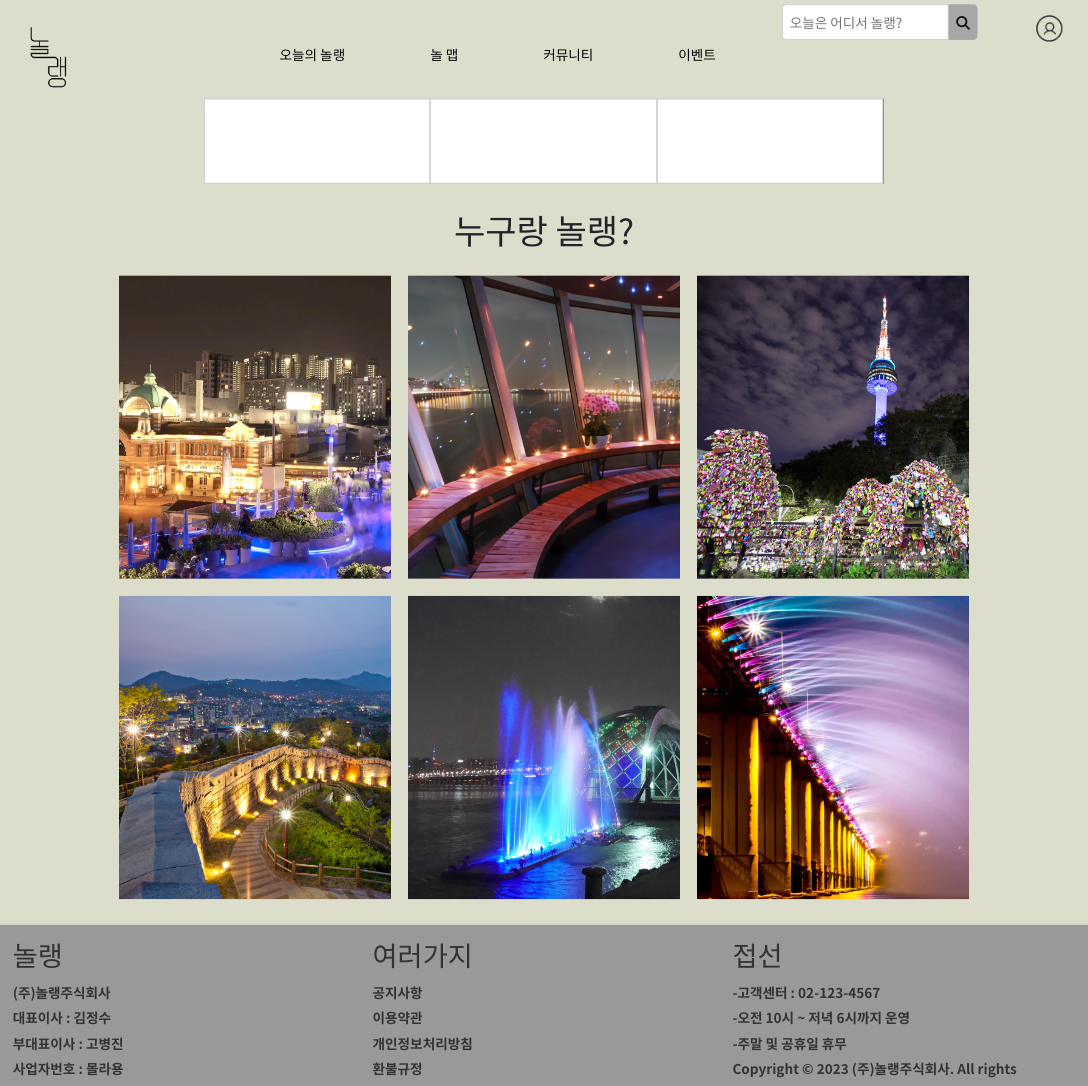
Repository: rrqrw/-
Page: http://localhost/noll_project/who/who2.jsp
The author's editor kept a copy of each file at every save. The page is drawn from the files as they stood at one save, then again after the next save.
The browser window is 1280 px wide. The pictures show the whole page, at 85% of full size.
Some web fonts or font styles are not loaded; a fallback is used. Some web libraries are served in a nearby version. The page is served by Tomcat 9.

Above is the page before, as saved 2023-12-12 12:20:52.

After the next save:
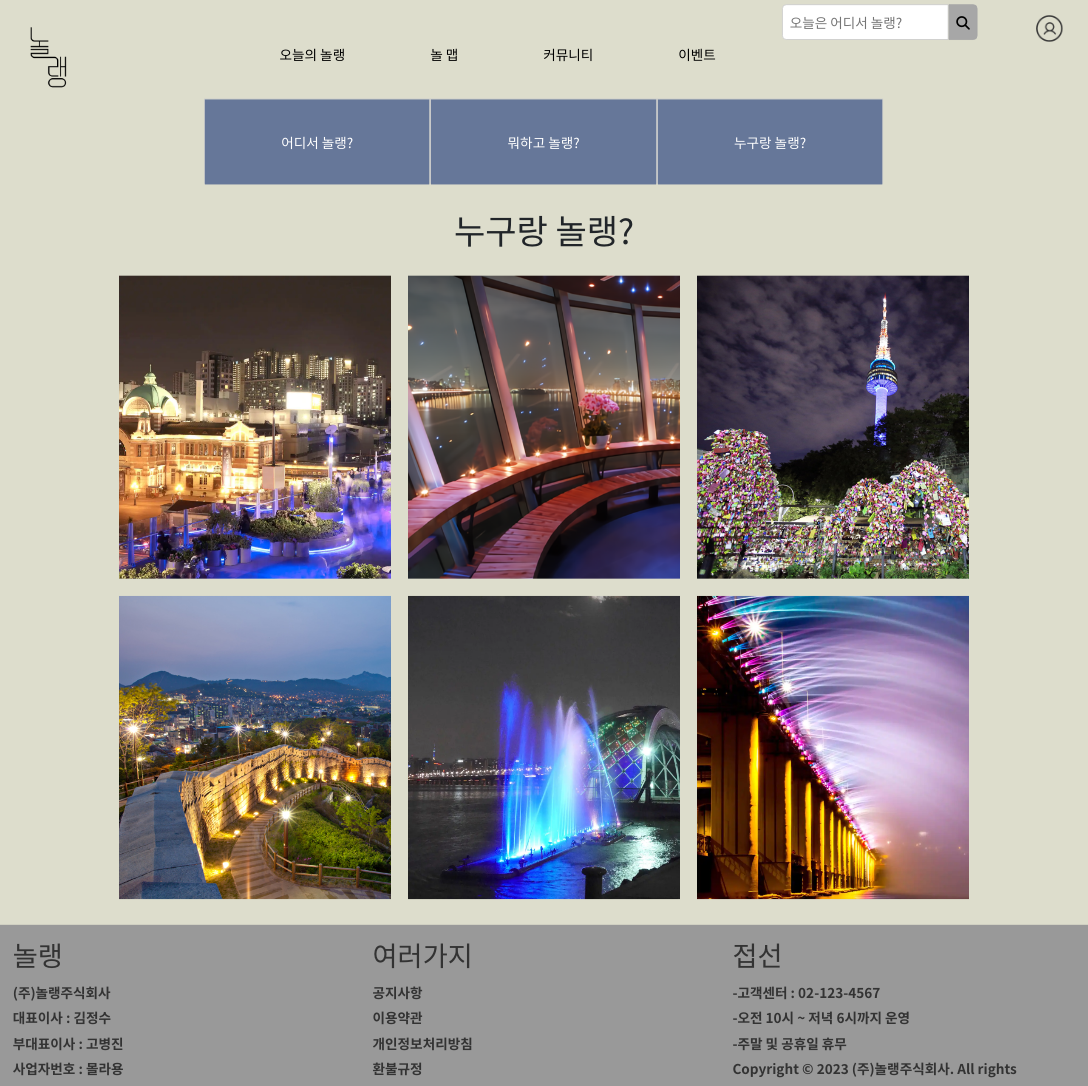
Saved 17 s later.
--- a/noll_project/src/main/webapp/resources/css/style.css
+++ b/noll_project/src/main/webapp/resources/css/style.css
@@ -518,6 +518,7 @@
 .container .menu ul li a{
   text-decoration: none;
   color:white;
+   background: #667799;
 }
 .menu{
   width: 800px;
@@ -525,7 +526,7 @@
 
  margin: 0 auto;
  margin-top: 20px;
- background: #667799;
+
 }
 
 .menu ul li{
